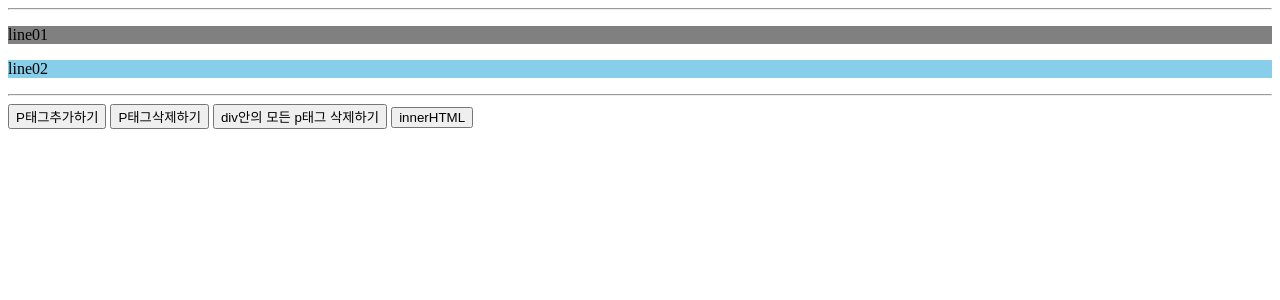
Repository: insunkang/JSP
Page: clientweb/WebContent/jQuery/domExam.html
These files come from the project's save history. The page is drawn as it stood at one moment and after the next save; the edit follows.
The browser window is 1280 px wide. The pictures show the whole page.
After loading, the first visible `button[onclick="deleteDivAndP()"]` was clicked once.

Above is the page before, as saved 2020-01-10 05:26:26.

### clientweb/WebContent/jQuery/domExam.html
<!DOCTYPE html>
<html>
<head>
	<meta http-equiv="Content-Type" content="text/html; charset=EUC-KR">
	<title>Insert title here</title>
	<script type="text/javascript">

	function insertP() {
		pNode = document.createElement("p");
		pNode.setAttribute("style", "background: yellow;");
		textNode = document.createTextNode("newP");
		pNode.appendChild(textNode);
		parentNode = document.getElementById("root");
		parentNode.appendChild(pNode);

	}
	function deleteP() {
		targetNode = document.getElementById("root");
		delNode = targetNode.lastChild;
		if(delNode.nodeType==3){
		targetNode.removeChild(delNode);
		delNode = targetNode.lastChild;
		targetNode.removeChild(delNode);
		}else{
		targetNode.removeChild(delNode);
		}

	}
	function deleteDivAndP() {
		targetNode=document.getElementById("root");
		nodelist = targetNode.childNodes;
		delNode = targetNode.lastChild;
		for(i=0;i<=nodelist.length;i++){
			targetNode.removeChild(delNode);
			delNode = targetNode.lastChild;
		}
	}



	</script>
</head>
<body>
	<div id="layer"></div>

	<hr>

	<div id="root">
		<p style="background: gray;">line01</p>
		<p style="background: skyblue">line02</p>
		<p style="background: green;">line03</p>
		<p style="background: red;">line04</p>
	</div>

	<hr>
	<button onclick="insertP()">P태그추가하기</button>
	<button onclick="deleteP()">P태그삭제하기</button>
	<button onclick="deleteDivAndP()">div안의 모든 p태그 삭제하기</button>
	<button onclick="innerHTML_test()">innerHTML</button>


</body>
</html>

After the next save:
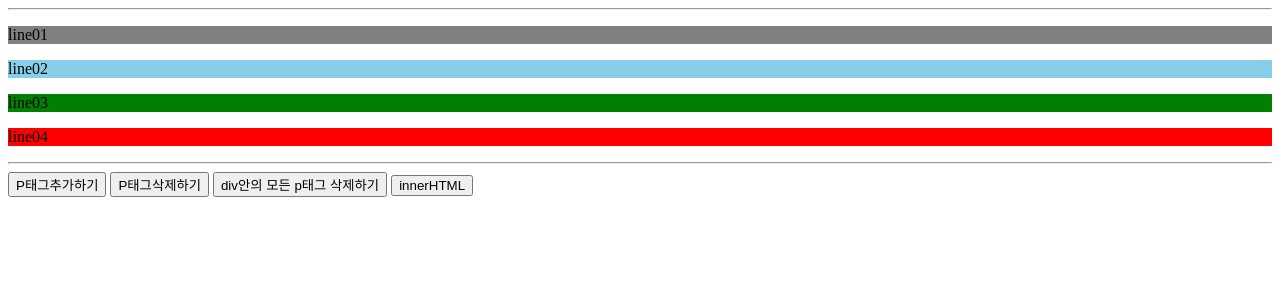
Console error: SyntaxError: Unexpected token '}'
Saved 108 s later.
--- a/clientweb/WebContent/jQuery/domExam.html
+++ b/clientweb/WebContent/jQuery/domExam.html
@@ -30,9 +30,8 @@
 		targetNode=document.getElementById("root");
 		nodelist = targetNode.childNodes;
 		delNode = targetNode.lastChild;
-		for(i=0;i<=nodelist.length;i++){
-			targetNode.removeChild(delNode);
-			delNode = targetNode.lastChild;
+
+			targetNode.removeChild
 		}
 	}
 

After the 5 saves that followed:
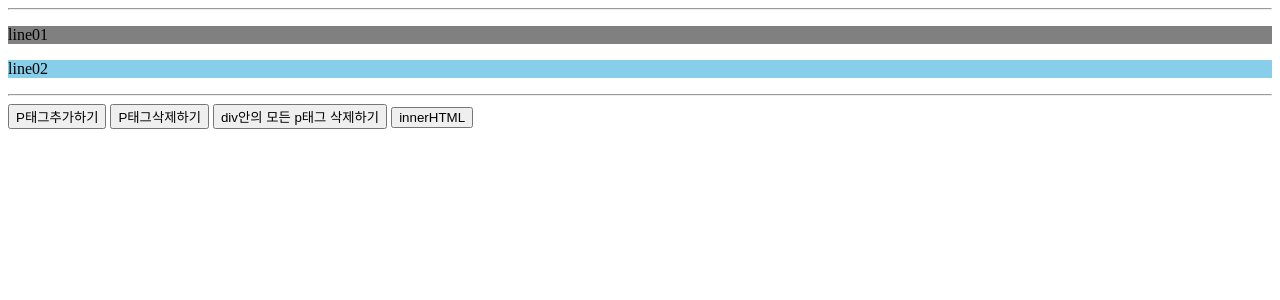
The error is gone.
The 5 saves are shown as one change because 4 left the picture as it was.
The last was saved 3 min 43 s later.
--- a/clientweb/WebContent/jQuery/domExam.html
+++ b/clientweb/WebContent/jQuery/domExam.html
@@ -27,12 +27,15 @@
 
 	}
 	function deleteDivAndP() {
-		targetNode=document.getElementById("root");
-		nodelist = targetNode.childNodes;
-		delNode = targetNode.lastChild;
+	parentNode=document.getElementById("root");
+	childnodelist = parentNode.childNodes;
+	for(i=0;i<childnodelist.length;i++){
+		parentNode.removeChild(parentNode.lastChild);
+	}
 
-			targetNode.removeChild
-		}
+
+
+
 	}
 
 
